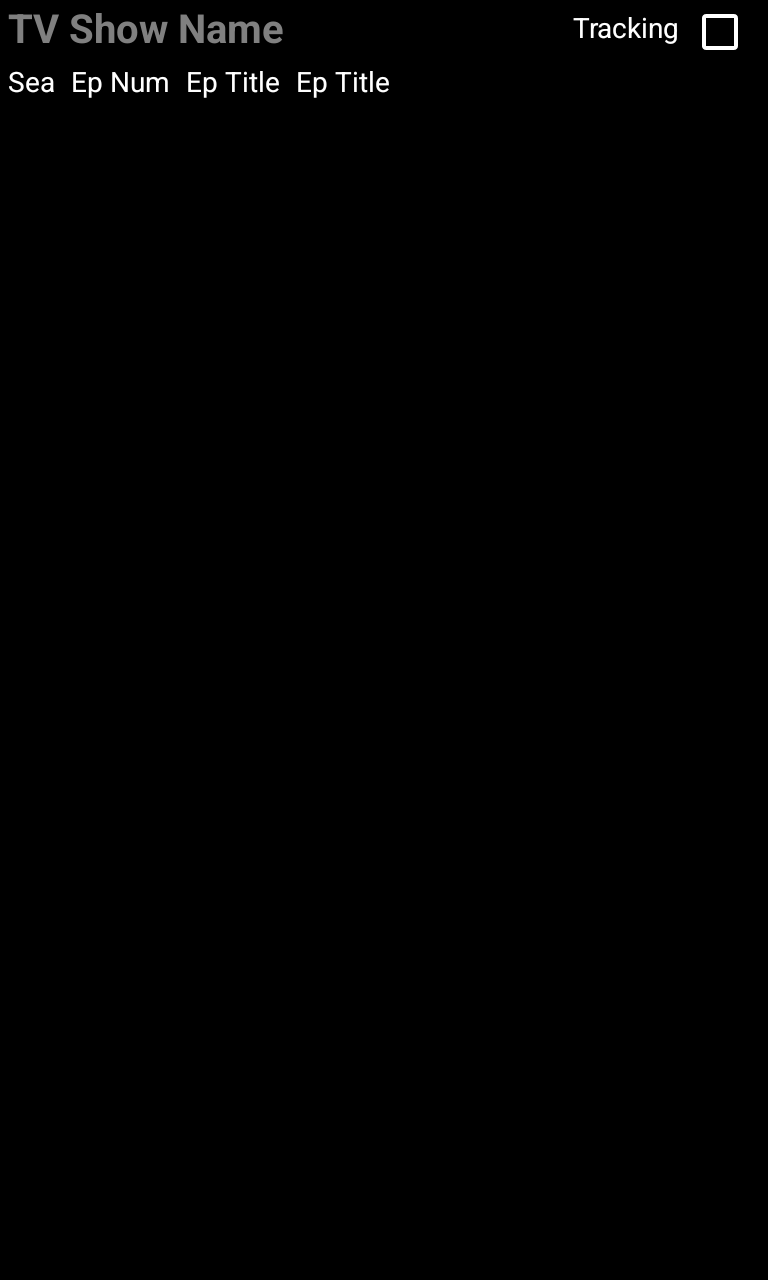
Repository: Jeedan/learning-android-apps
Layout: TvShowTracker/res/layout/list_item_tvshow.xml
The author's editor kept a copy of each file at every save. The layout is drawn from the files as they stood at one save, then again after a run of saves.
It is drawn on a 768 x 1280 px phone screen (xhdpi) without system bars, with theme AppTheme; the app's code is not run. The app's manifest (not shown) leaves right-to-left support off. So textAlignment, textDirection and layoutDirection are ignored, and left and right values win over start and end ones.

Above is the layout before, as saved 2014-11-01 10:53:56.

### TvShowTracker/res/layout/list_item_tvshow.xml
<?xml version="1.0" encoding="utf-8"?>
<RelativeLayout xmlns:android="http://schemas.android.com/apk/res/android"
    android:layout_width="match_parent"
    android:layout_height="wrap_content"
    android:background="@android:color/background_dark"  >

    <TextView
        android:id="@+id/tv_show_name_text_view"
        android:layout_width="match_parent"
        android:layout_height="wrap_content"
        android:textSize="20sp"
        android:textStyle="bold"
        android:paddingLeft="4dp"
        android:paddingRight="4dp"
        android:text="@string/tv_show_name"
        android:textColor="@android:color/tertiary_text_light"/>

    <CheckBox android:id="@+id/tracked_tv_show_check_box"
        android:layout_width="wrap_content"
        android:layout_height="wrap_content"
        android:layout_alignParentRight="true"
        android:layout_alignParentEnd="true"
        android:padding="4dp"
        android:enabled="false"
        android:focusable="false"
        android:buttonTint="@android:color/background_light"/>

    <TextView
        android:id="@+id/tracking_text_View"
        android:layout_width="wrap_content"
        android:layout_height="wrap_content"
        android:layout_toStartOf="@id/tracked_tv_show_check_box"
        android:layout_toLeftOf="@id/tracked_tv_show_check_box"
        android:paddingLeft="4dp"
        android:paddingRight="4dp"
        android:paddingTop="4dp"
 	    android:text="@string/tracking_text_check_box"
        android:textColor="@android:color/background_light"/>

	<TextView
        android:id="@+id/tv_show_season_text_view"
        android:layout_width="wrap_content"
        android:layout_height="wrap_content"
        android:paddingLeft="4dp"
        android:paddingRight="4dp"
        android:paddingTop="4dp"
        android:layout_below="@id/tv_show_name_text_view"
        android:text="@string/tv_show_season"
        android:textColor="@android:color/background_light"/>

	<TextView
        android:id="@+id/tv_show_episode_number_text_view"
        android:layout_width="wrap_content"
        android:layout_height="wrap_content"
        android:paddingLeft="4dp"
        android:paddingRight="4dp"
        android:paddingTop="4dp"
        android:layout_below="@id/tv_show_name_text_view"
        android:layout_toEndOf="@id/tv_show_season_text_view"
        android:layout_toRightOf="@id/tv_show_season_text_view"
        android:text="@string/tv_show_episode_number"
        android:textColor="@android:color/background_light"/>

	<TextView
        android:id="@+id/tv_show_episode_text_view"
        android:layout_width="wrap_content"
        android:layout_height="wrap_content"
        android:paddingLeft="4dp"
        android:paddingRight="4dp"
        android:paddingTop="4dp"
        android:layout_below="@id/tv_show_name_text_view"
        android:layout_toEndOf="@id/tv_show_episode_number_text_view"
        android:layout_toRightOf="@id/tv_show_episode_number_text_view"
        android:text="@string/tv_show_episode_title"
        android:textColor="@android:color/background_light"/>

	<TextView
        android:id="@+id/show_release_date"
        android:layout_width="wrap_content"
        android:layout_height="wrap_content"
        android:paddingLeft="4dp"
        android:paddingRight="4dp"
        android:paddingTop="4dp"
        android:layout_below="@id/tv_show_name_text_view"
        android:layout_toEndOf="@id/tv_show_episode_text_view"
        android:layout_toRightOf="@id/tv_show_episode_text_view"
        android:text="@string/tv_show_episode_title"
        android:textColor="@android:color/background_light"/>

</RelativeLayout>

### TvShowTracker/res/values-v21/styles.xml
<resources>

    <!--
        Base application theme for API 14+. This theme completely replaces
        AppBaseTheme from BOTH res/values/styles.xml and
        res/values-v11/styles.xml on API 14+ devices.
    -->
    <style name="AppBaseTheme" parent="@android:style/Theme.Material">
        <!-- API 21 theme customizations can go here. -->
     	<!-- Main theme colors -->
	    <!--   your app branding color for the app bar (Action bar_)-->
	    <item name="android:colorPrimary">@color/primary</item>
	    <!--   darker variant for the status bar and contextual app bars -->
	    <item name="android:colorPrimaryDark">@color/primary_dark</item>
	    <!--   theme UI controls like checkboxes and text fields -->
	    <item name="android:colorAccent">@color/accent</item>
	    <!--   winow background -->
	    <item name="android:windowBackground">@color/windowBackground</item>
	    <!--   Text but don't know if it is for all texts -->
	    <item name="android:textColorPrimary">@color/textColorPrimary_Light</item>
    </style>

        <!-- Application theme. -->
    <style name="AppTheme" parent="AppBaseTheme">
        </style>
</resources>

### TvShowTracker/res/values/colors.xml
<?xml version="1.0" encoding="utf-8"?>
<resources>
    <color name="accent">#FF9D00</color>

    <!--  example: season + episode + release date info text under Show Name -->
    <color name="show_subtitle_text_view_color">#368ABF</color>

    <color name="textColorPrimary">#ffffff</color>
    <color name="textColorPrimary_Light">#666666</color>

    <color name="windowBackground">#333333</color>

    <color name="primary">#1a1a1a</color>
    <color name="primary_dark">#000000</color>

</resources>

### TvShowTracker/res/values/strings.xml
<?xml version="1.0" encoding="utf-8"?>
<resources>

    <string name="app_name">TvShowTracker</string>
    <string name="app_all_shows">All shows</string>
    <string name="app_calendar_title">Today\'s shows</string>
    <string name="action_settings">Settings</string>

    <string name="tv_show_name">TV Show Name</string>
    <string name="tv_show_season">Sea</string>
    <string name="tv_show_episode_number">Ep Num</string>
    <string name="tv_show_episode_title">Ep Title </string>
    <string name="tv_show_release_date">Release Date </string>


    <string name="empty_list">There are no TV Shows in this list.</string>


    <string name="tracking_text_check_box">Tracking</string>

</resources>

Loaded but not shown: TvShowTracker/res/values/styles.xml (common file); TvShowTracker/res/values-v11/styles.xml (common file)

After the next 3 saves:
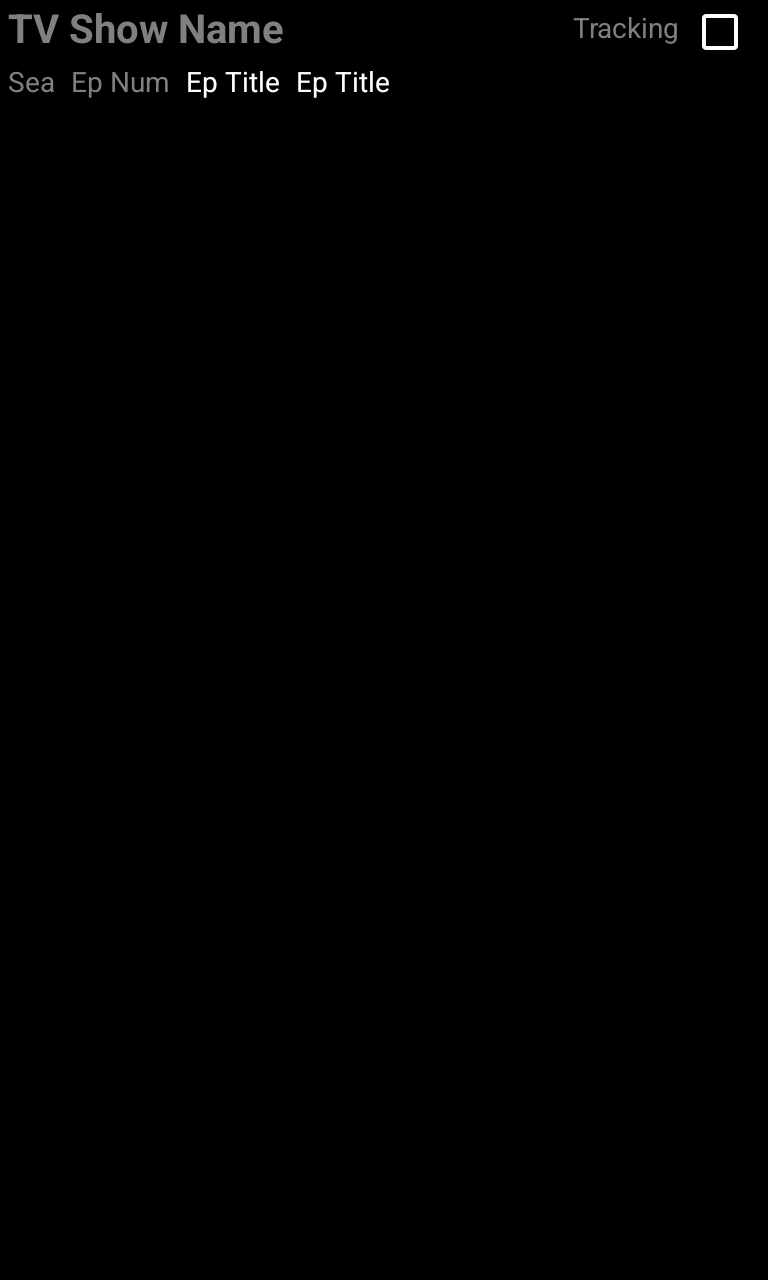
The 3 saves are shown as one change because they came seconds apart.
The last was saved 11 s later.
--- a/TvShowTracker/res/layout/list_item_tvshow.xml
+++ b/TvShowTracker/res/layout/list_item_tvshow.xml
@@ -35,7 +35,7 @@
         android:paddingRight="4dp"
         android:paddingTop="4dp"
  	    android:text="@string/tracking_text_check_box"
-        android:textColor="@android:color/background_light"/>
+        android:textColor="@android:color/tertiary_text_light"/>
 
 	<TextView
         android:id="@+id/tv_show_season_text_view"
@@ -46,7 +46,7 @@
         android:paddingTop="4dp"
         android:layout_below="@id/tv_show_name_text_view"
         android:text="@string/tv_show_season"
-        android:textColor="@android:color/background_light"/>
+        android:textColor="@android:color/tertiary_text_light"/>
 
 	<TextView
         android:id="@+id/tv_show_episode_number_text_view"
@@ -59,7 +59,7 @@
         android:layout_toEndOf="@id/tv_show_season_text_view"
         android:layout_toRightOf="@id/tv_show_season_text_view"
         android:text="@string/tv_show_episode_number"
-        android:textColor="@android:color/background_light"/>
+        android:textColor="@android:color/tertiary_text_light"/>
 
 	<TextView
         android:id="@+id/tv_show_episode_text_view"
